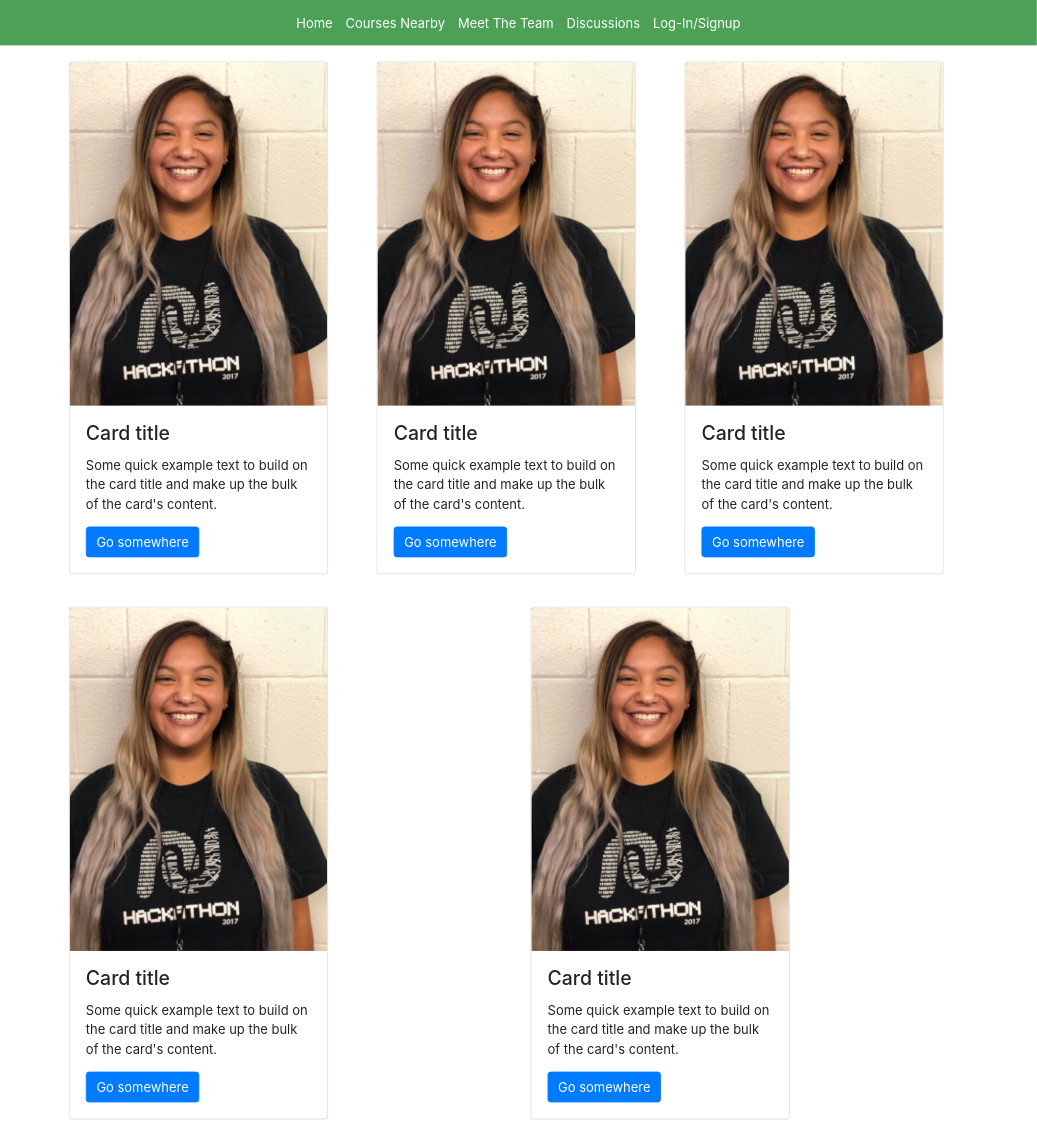
Repository: SamanthaBurnett/Hackathon2017
Page: meet_the_team.html
The author's editor kept a record of every edit. The page is drawn from the files as they stood at one moment, then again after the next edit.
The browser window is 1280 px wide. The pictures show the whole page, at 81% of full size.
Some web fonts or font styles are not loaded; a fallback is used.

Above is the page before.

After the next edit:
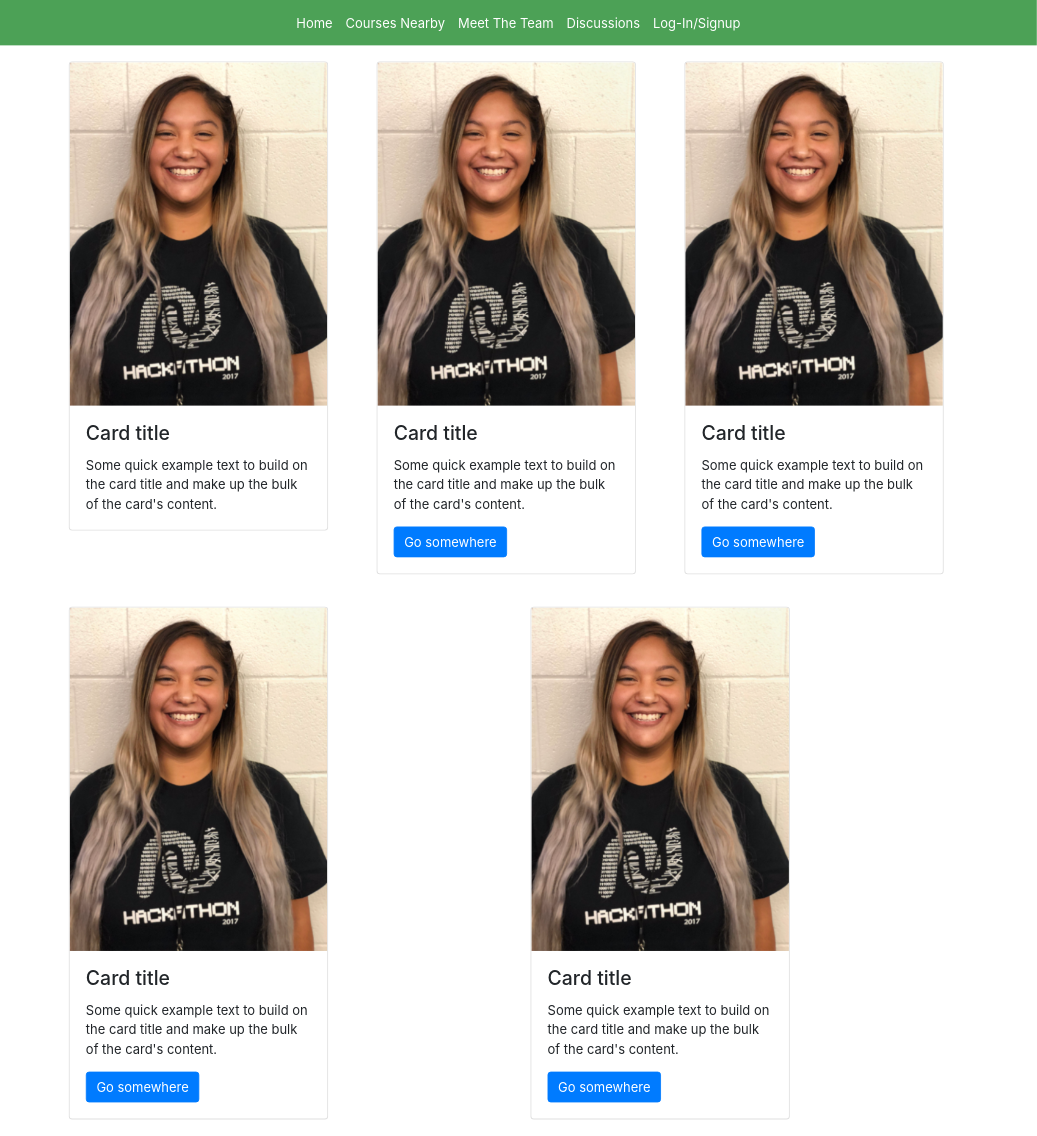
The edit:
--- a/meet_the_team.html
+++ b/meet_the_team.html
@@ -44,7 +44,6 @@
             <div class="card-body">
               <h4 class="card-title">Card title</h4>
               <p class="card-text">Some quick example text to build on the card title and make up the bulk of the card's content.</p>
-              <a href="#" class="btn btn-primary">Go somewhere</a>
             </div><!--end card-body-->
           </div><!--end card-->
          </div><!--end col-->
